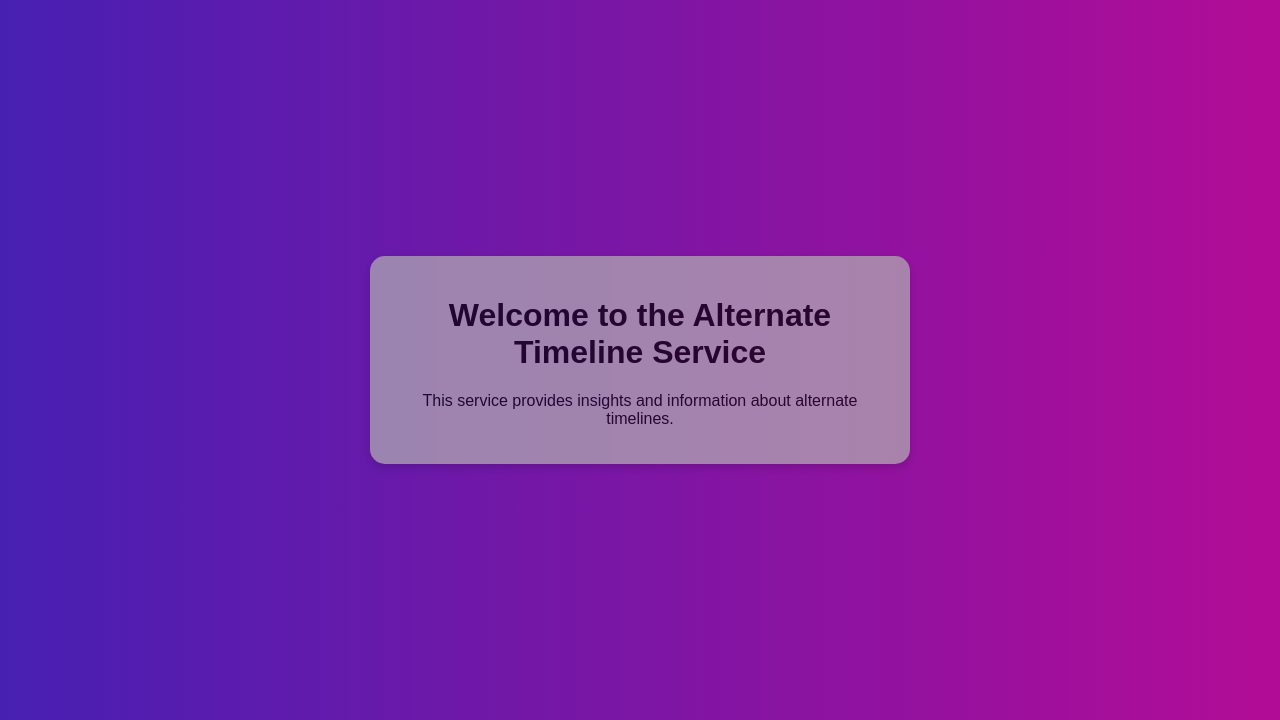
Repository: JovKun/DecisionCraft
Page: service/index.html
The author's editor kept a copy of each file at every save. The page is drawn from the files as they stood at one save, then again after the next save.
The browser window is 1280 px wide. The pictures show the whole page.

Above is the page before, as saved 2026-01-31 12:43:51.
Not found: service/script.js

After the next save:
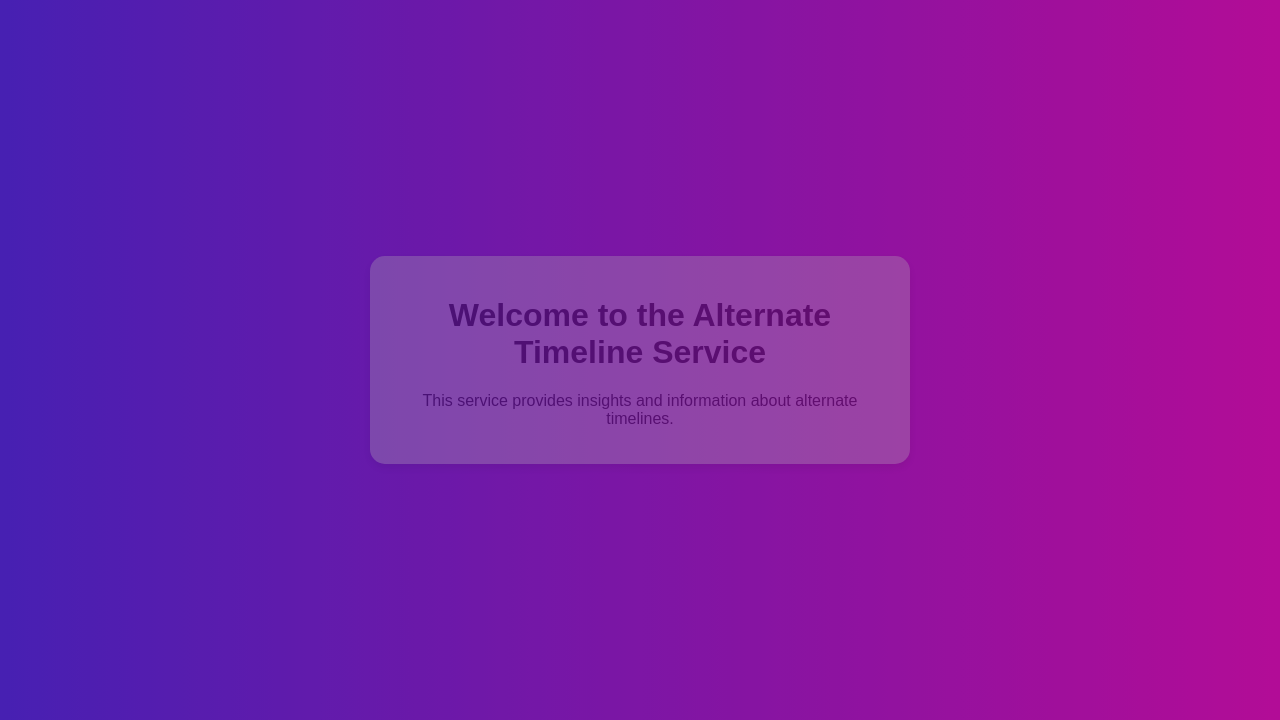
Saved 6 s later.
--- a/service/style.css
+++ b/service/style.css
@@ -23,5 +23,5 @@
     padding: 20px;
     text-align: center;
     width: 500px;
-    opacity: 0.7;
+    opacity: 0.3;
 }
